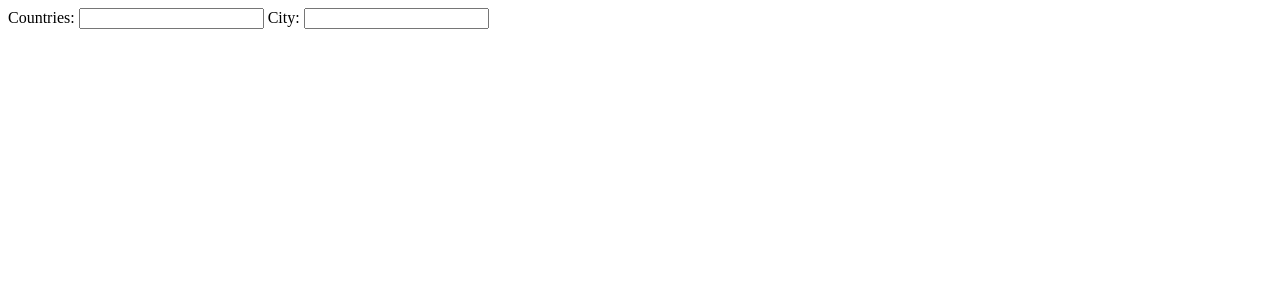
Repository: Padminivittal/Padmini-MWB
Page: MWB Day 2/WebContent/Day2 Lab2.html
An editor plug-in stored every save of this project. The page is shown before and after the next save, followed by the edit.
The browser window is 1280 px wide. The pictures show the whole page.

Above is the page before, as saved 2012-07-21 05:53:57.

After the next save:
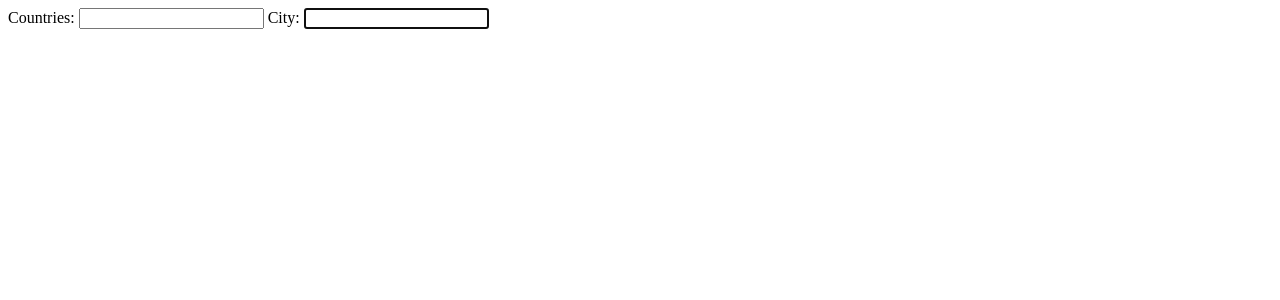
Saved 34 s later.
--- a/MWB Day 2/WebContent/Day2 Lab2.html
+++ b/MWB Day 2/WebContent/Day2 Lab2.html
@@ -51,7 +51,7 @@ $().ready(function(){
 Countries: <input list="countries" id="country" type="text"   />
 <datalist id="countries">
 </datalist>
-City: <input list="cities" id="cities" type="text" />
+City: <input list="cities" id="cities" type="text" autofocus />
 <datalist id="cities">
 </datalist>
 </body>
